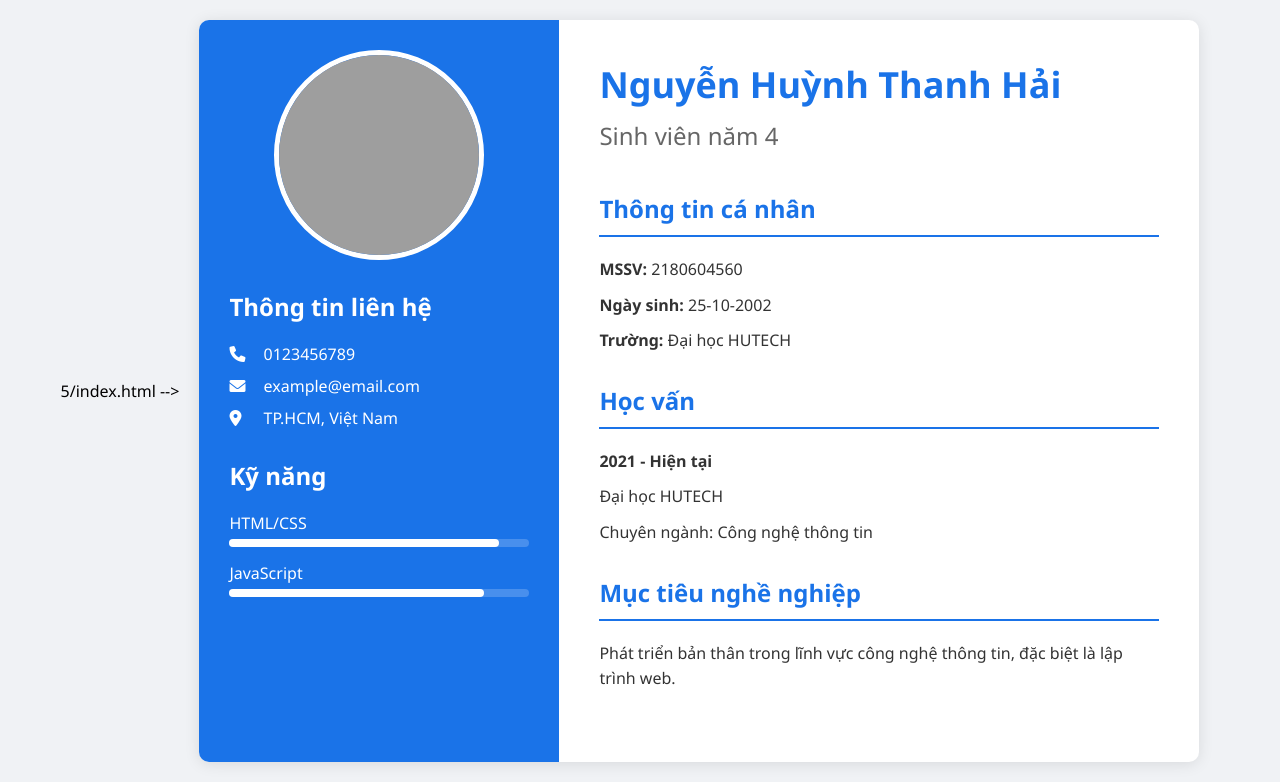
Repository: Haimichi/haimichi.github.io
Page: index.html
These files come from the project's save history. The page is drawn as it stood at one moment and after the next save; the edit follows.
The browser window is 1280 px wide. The pictures show the whole page.
Pictures or frames that could not be fetched are drawn as grey boxes.

Above is the page before, as saved 2025-03-04 10:26:48.

### index.html
5/index.html -->
<!DOCTYPE html>
<html lang="en">
<head>
    <meta charset="UTF-8">
    <meta name="viewport" content="width=device-width, initial-scale=1.0">
    <title>CV - Nguyễn Huỳnh Thanh Hải</title>
    <link rel="stylesheet" href="style.css">
    <link rel="stylesheet" href="https://cdnjs.cloudflare.com/ajax/libs/font-awesome/6.0.0/css/all.min.css">
</head>
<body>
    <div class="container">
        <div class="cv-container">
            <div class="left-column">
                <div class="profile-image">
                    <img src="avatar.jpg" alt="Profile Picture">
                </div>
                <div class="contact-info">
                    <h2>Thông tin liên hệ</h2>
                    <p><i class="fas fa-phone"></i> 0123456789</p>
                    <p><i class="fas fa-envelope"></i> example@email.com</p>
                    <p><i class="fas fa-map-marker-alt"></i> TP.HCM, Việt Nam</p>
                </div>
                <div class="skills">
                    <h2>Kỹ năng</h2>
                    <div class="skill-item">
                        <span>HTML/CSS</span>
                        <div class="skill-level">
                            <div class="skill-bar" style="width: 90%"></div>
                        </div>
                    </div>
                    <div class="skill-item">
                        <span>JavaScript</span>
                        <div class="skill-level">
                            <div class="skill-bar" style="width: 85%"></div>
                        </div>
                    </div>
                </div>
            </div>
            <div class="right-column">
                <div class="header">
                    <h1>Nguyễn Huỳnh Thanh Hải</h1>
                    <h2>Sinh viên năm 4</h2>
                </div>
                <div class="section">
                    <h2>Thông tin cá nhân</h2>
                    <p><strong>MSSV:</strong> 2180604560</p>
                    <p><strong>Ngày sinh:</strong> 25-10-2002</p>
                    <p><strong>Trường:</strong> Đại học HUTECH</p>
                </div>
                <div class="section">
                    <h2>Học vấn</h2>
                    <p><strong>2021 - Hiện tại</strong></p>
                    <p>Đại học HUTECH</p>
                    <p>Chuyên ngành: Công nghệ thông tin</p>
                </div>
                <div class="section">
                    <h2>Mục tiêu nghề nghiệp</h2>
                    <p>Phát triển bản thân trong lĩnh vực công nghệ thông tin, đặc biệt là lập trình web.</p>
                </div>
            </div>
        </div>
    </div>
</body>
</html>

### style.css
body {
    margin: 0;
    padding: 0;
    font-family: 'Segoe UI', Tahoma, Geneva, Verdana, sans-serif;
    background-color: #f0f2f5;
    display: flex;
    justify-content: center;
    align-items: center;
    min-height: 100vh;
}

.container {
    width: 100%;
    max-width: 1000px;
    padding: 20px;
}

.cv-container {
    display: flex;
    background-color: white;
    border-radius: 10px;
    box-shadow: 0 2px 15px rgba(0, 0, 0, 0.1);
    overflow: hidden;
}

.left-column {
    width: 300px;
    background-color: #1a73e8;
    color: white;
    padding: 30px;
}

.right-column {
    flex: 1;
    padding: 40px;
}

.profile-image {
    text-align: center;
    margin-bottom: 30px;
}

.profile-image img {
    width: 200px;
    height: 200px;
    border-radius: 50%;
    border: 5px solid white;
}

.contact-info {
    margin-bottom: 30px;
}

.contact-info p {
    margin: 10px 0;
}

.contact-info i {
    margin-right: 10px;
    width: 20px;
}

.skills {
    margin-bottom: 30px;
}

.skill-item {
    margin: 15px 0;
}

.skill-level {
    width: 100%;
    height: 8px;
    background-color: rgba(255, 255, 255, 0.2);
    border-radius: 4px;
    margin-top: 5px;
}

.skill-bar {
    height: 100%;
    background-color: white;
    border-radius: 4px;
}

.header {
    margin-bottom: 40px;
}

.header h1 {
    color: #1a73e8;
    margin: 0 0 10px 0;
    font-size: 36px;
}

.header h2 {
    color: #666;
    margin: 0;
    font-weight: normal;
}

.section {
    margin-bottom: 30px;
}

.section h2 {
    color: #1a73e8;
    border-bottom: 2px solid #1a73e8;
    padding-bottom: 10px;
    margin-bottom: 20px;
}

.section p {
    margin: 10px 0;
    line-height: 1.6;
    color: #333;
}

@media (max-width: 768px) {
    .cv-container {
        flex-direction: column;
    }

    .left-column {
        width: auto;
    }

    .profile-image img {
        width: 150px;
        height: 150px;
    }
}

After the next save:
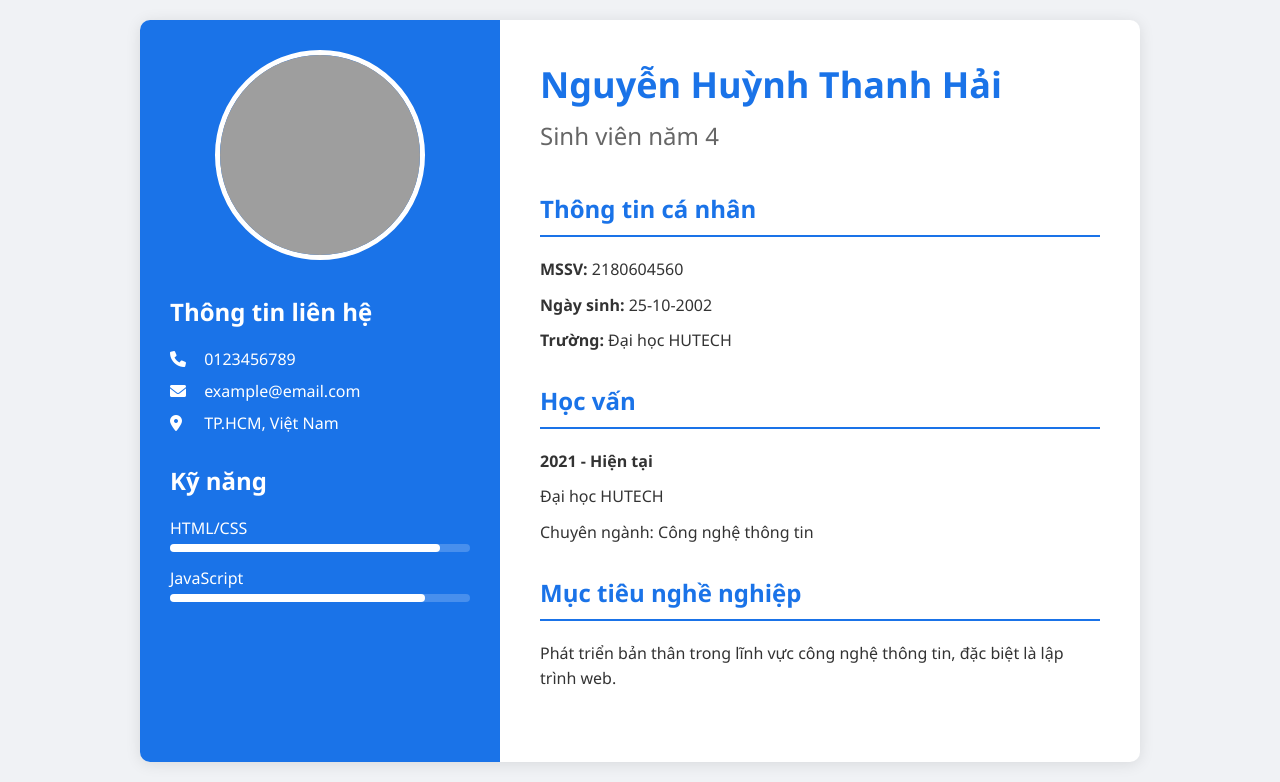
Saved 9 s later.
--- a/index.html
+++ b/index.html
@@ -1,4 +1,3 @@
-5/index.html -->
 <!DOCTYPE html>
 <html lang="en">
 <head>
